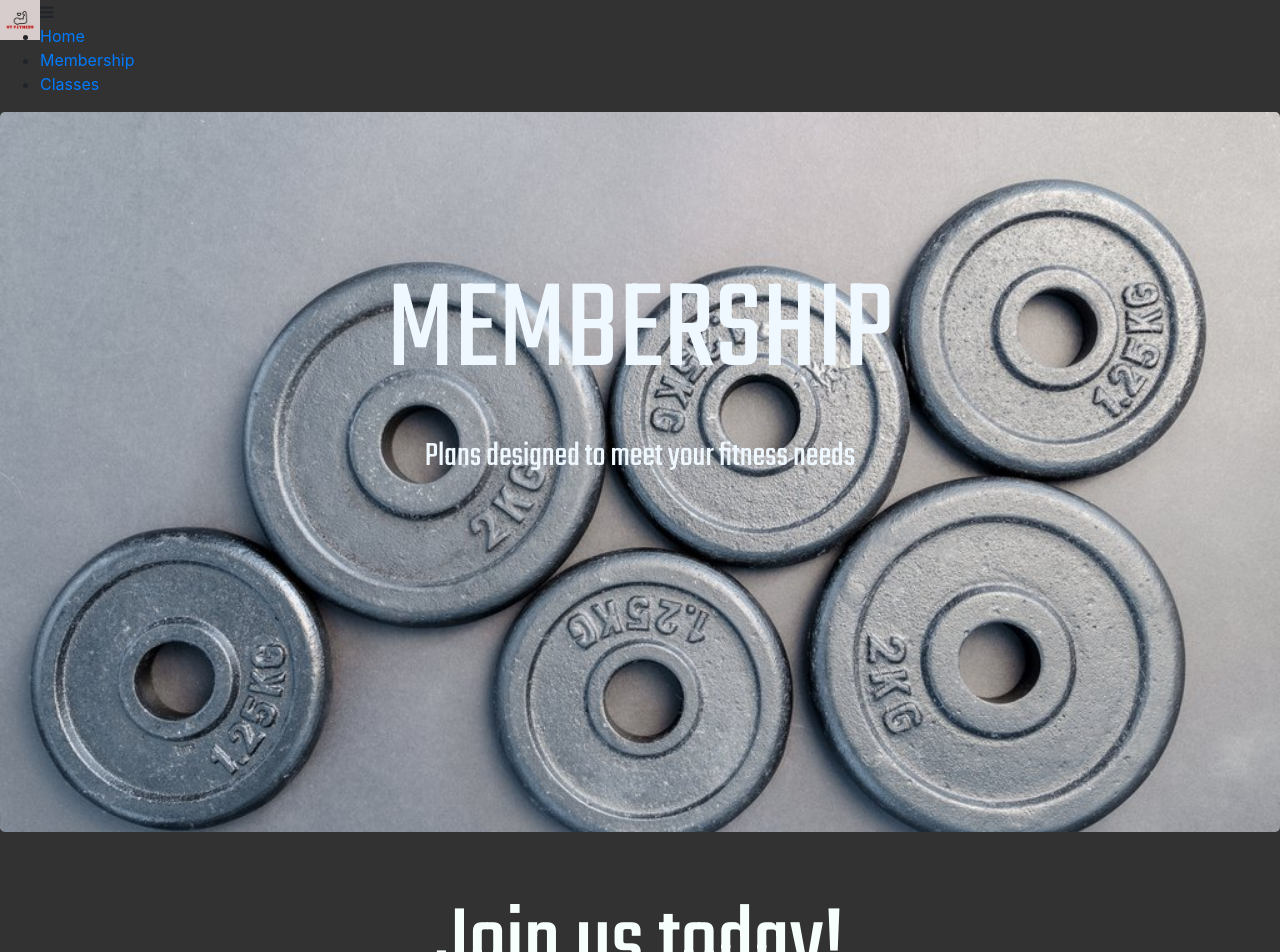
Repository: Code-Institute-Submissions/Project-One-6
Page: membership.html
The author's editor kept a record of every edit. The page is drawn from the files as they stood at one moment, then again after the next edit.
The browser window is 1280 px wide. The pictures show the part of the page from y = 0 to 952 px (the page is 3618 px tall before and 3506 px after).
A picture or video elsewhere on the page could not be fetched, so the positions and the page height are approximate.

Above is the page before.

After the next edit:
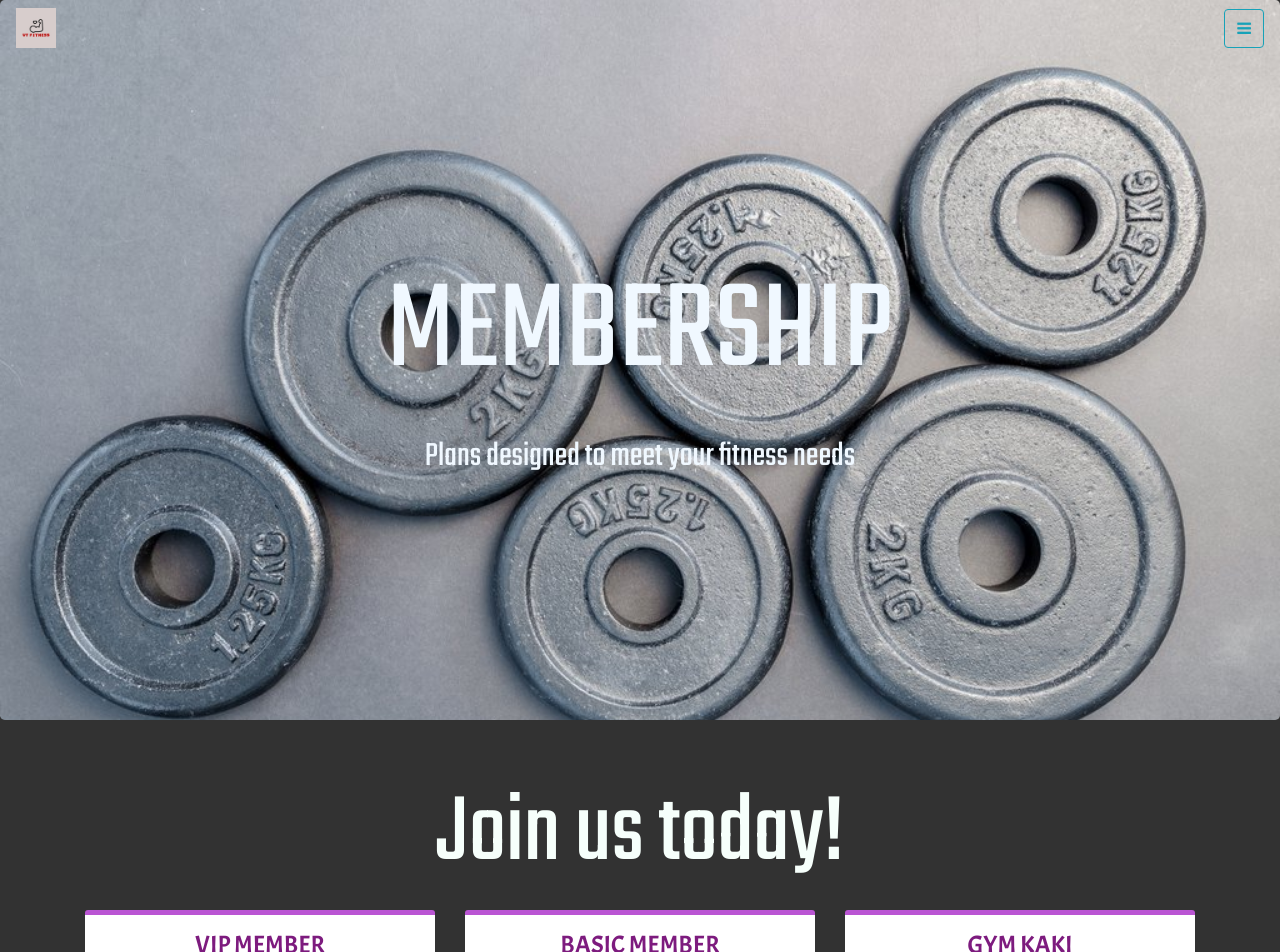
The edit:
--- a/membership.html
+++ b/membership.html
@@ -13,18 +13,23 @@
 </head>
 
 <body>
-    <header>
-        <nav class="navDefault">
+   <header>
+         <nav class="navbar navbar-light fixed-top">
             <div>
                 <img class="logo" src="images/logo.jpg" />
             </div>
-            <div class="dropdown">
-                <div class="icon-bars"><i class="fa fa-bars icon"></i></div>
-                <ul class="dropdownMenu">
-                    <li class="dropdownItem"><a href="index.html" class="dropdownLink">Home</a></li>
-                    <li class="dropdownItem"><a href="membership.html" class="dropdownLink">Membership</a></li>
-                    <li class="dropdownItem"><a href="classes.html" class="dropdownLink">Classes</a></li>
-                </ul>
+            <div>
+                    <button type="button" class="btn btn-outline-info" class="navbar-toggle" data-toggle="collapse" data-target="#mynavbar" aria-controls="mynavbar" aria-expanded="false" aria-label="Toggle navigation">
+                    <span class="icon-bar"><i class="fa fa-bars icon"></i></span>
+                    </button>
+                </div>
+                <div class="collapse navbar-collapse" id="mynavbar">
+                    <ul class="nav navbar-nav mr-auto">
+                        <li><a class="dropdown-item" href="index.html">Home</a></li>
+                        <li><a class="dropdown-item" href="membership.html">Membership</a></li>
+                        <li><a class="dropdown-item" href="classes.html">Classes</a></li>
+                    </ul>
+                </div>
             </div>
         </nav>
     </header>
